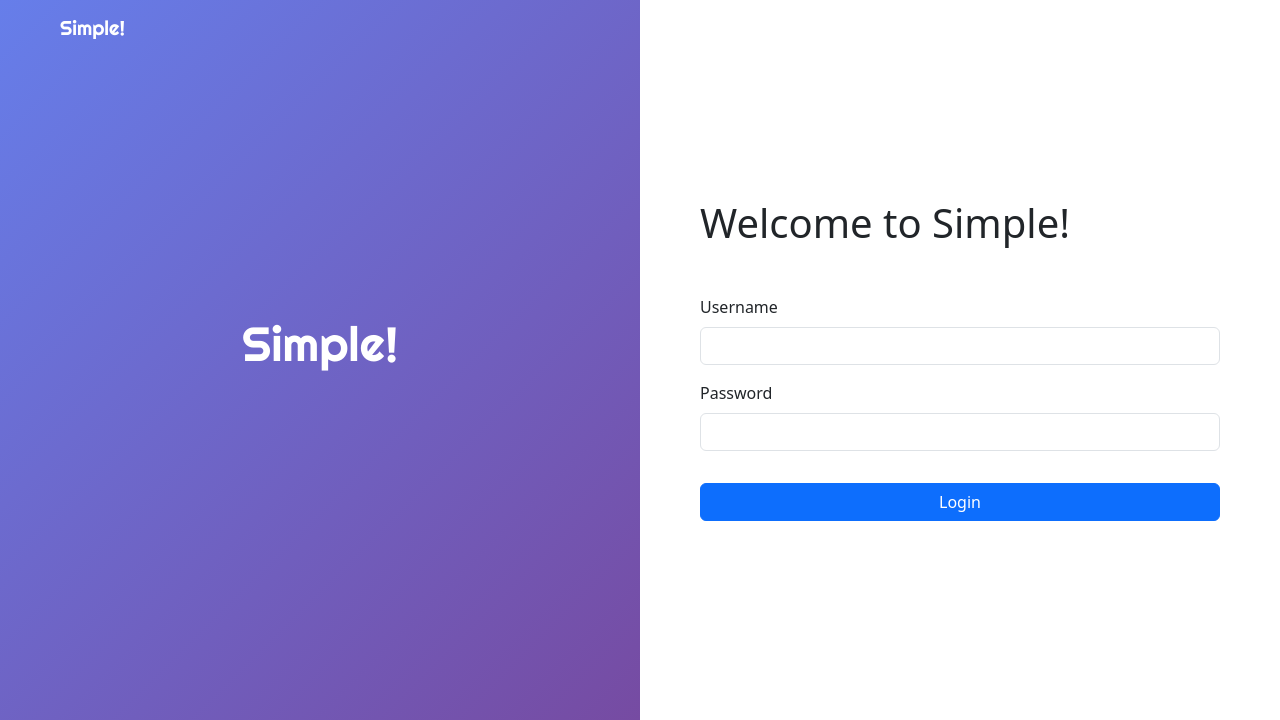
Repository: oboioz/SimpleTodoApp
Page: /todos (app in SimpleTodoAppFrontEnd/todo-app/)
An editor plug-in stored every save of this project. The page is shown before and after the next save, followed by the edit.
The browser window is 1280 px wide. The pictures show the whole page.
The project was rebuilt for these pictures with package versions that can differ from the ones it lists, and the page was loaded fresh each time.

Above is the page before, as saved 2024-04-03 20:56:59.

### SimpleTodoAppFrontEnd/todo-app/src/App.js
import 'bootstrap/dist/css/bootstrap.min.css';
import './App.css';
import TodoApp from './components/TodoApp';

function App() {
  return (
    <div className="App">
      <TodoApp />
    </div>
  )
}

export default App;

### SimpleTodoAppFrontEnd/todo-app/src/components/TodoApp.jsx
import LoginComponent from "./todo/Login/LoginComponent";

export default function TodoApp() {
    return (
        <div className="todo-app">
            <LoginComponent />
        </div>
    )
}

### SimpleTodoAppFrontEnd/todo-app/src/components/todo/Login/LoginComponent.jsx
import './LoginStyle.css';


function LoginComponent() {

    return (

        <div className="Login container-fluid">
            <nav class="navbar navbar-expand-lg navbar-dark fixed-top transparent-navbar shadow-5-strong px-5">
                <div className="container-fluid">
                    <a className="navbar-brand" href="#">Simple!</a>
                </div>
            </nav>
            <div className="row">
                <div className="col gradient-background">
                    <div className="Logo">
                        Simple!
                    </div>
                </div>
                <div className="col">

                    <form className="LoginForm m-5">
                        <h1 class="mb-5">Welcome to Simple!</h1>
                        <div>
                            <label className="form-label">Username</label>
                            <input type="text" name="username" className="form-control" />
                        </div>
                        <div>
                            <label className="form-label">Password</label>
                            <input type="password" name="password" className="form-control" />
                        </div>

                        <button type="button" name="login" class="btn btn-primary mt-3">Login</button>
                    </form>
                </div>
            </div>
        </div>

    )

}

export default LoginComponent;

### SimpleTodoAppFrontEnd/todo-app/src/components/todo/Login/LoginStyle.css
@import url('https://fonts.googleapis.com/css2?family=Righteous&display=swap');

.row {
    display: flex;
    justify-content: center;
    align-items: center;
    height: 100vh;
}

.LoginForm {
    display: flex;
    flex-direction: column;
    text-align: left;
    justify-content: left;
    align-items: left;
    margin-top: -8vh;
}

.img {
    width: '100%';
    height: '100%';
    object-fit:'cover';
}

.gradient-background {
    background: linear-gradient(135deg, #667eea 0%, #764ba2 100%);
    height: 100%;
    display: flex;
    align-items: center;
    justify-content: center;
}

.Logo {
    font-family: 'Righteous', cursive;
    font-size: 3rem;
    color: white;
    margin-bottom: 2rem;
}

.navbar {
    font-family: 'Righteous', cursive;
    font-size: 2rem;
}

.transparent-navbar {
    background-color: transparent !important;
    box-shadow: none !important;
    position: absolute;
    width: 100%;
    top: 0;
    z-index: 1000;
}

.form-control {
    margin-bottom: 1rem;
}

Loaded but not shown: SimpleTodoAppFrontEnd/todo-app/public/index.html (common file); SimpleTodoAppFrontEnd/todo-app/src/index.js (common file); SimpleTodoAppFrontEnd/todo-app/src/index.css (common file); SimpleTodoAppFrontEnd/todo-app/src/reportWebVitals.js (common file); SimpleTodoAppFrontEnd/todo-app/src/App.css (common file)

After the next save:
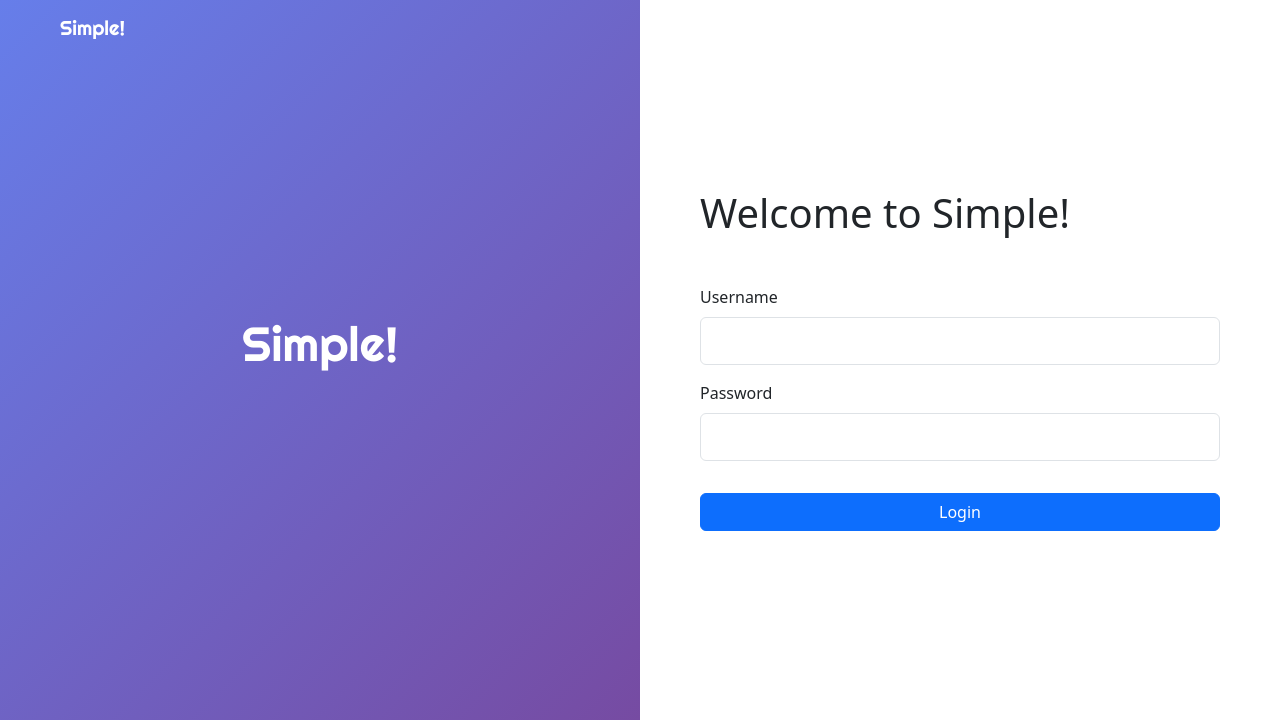
Saved 17 s later.
--- a/SimpleTodoAppFrontEnd/todo-app/src/components/todo/Login/LoginStyle.css
+++ b/SimpleTodoAppFrontEnd/todo-app/src/components/todo/Login/LoginStyle.css
@@ -53,4 +53,5 @@
 
 .form-control {
     margin-bottom: 1rem;
+    height: 3rem;
 }
